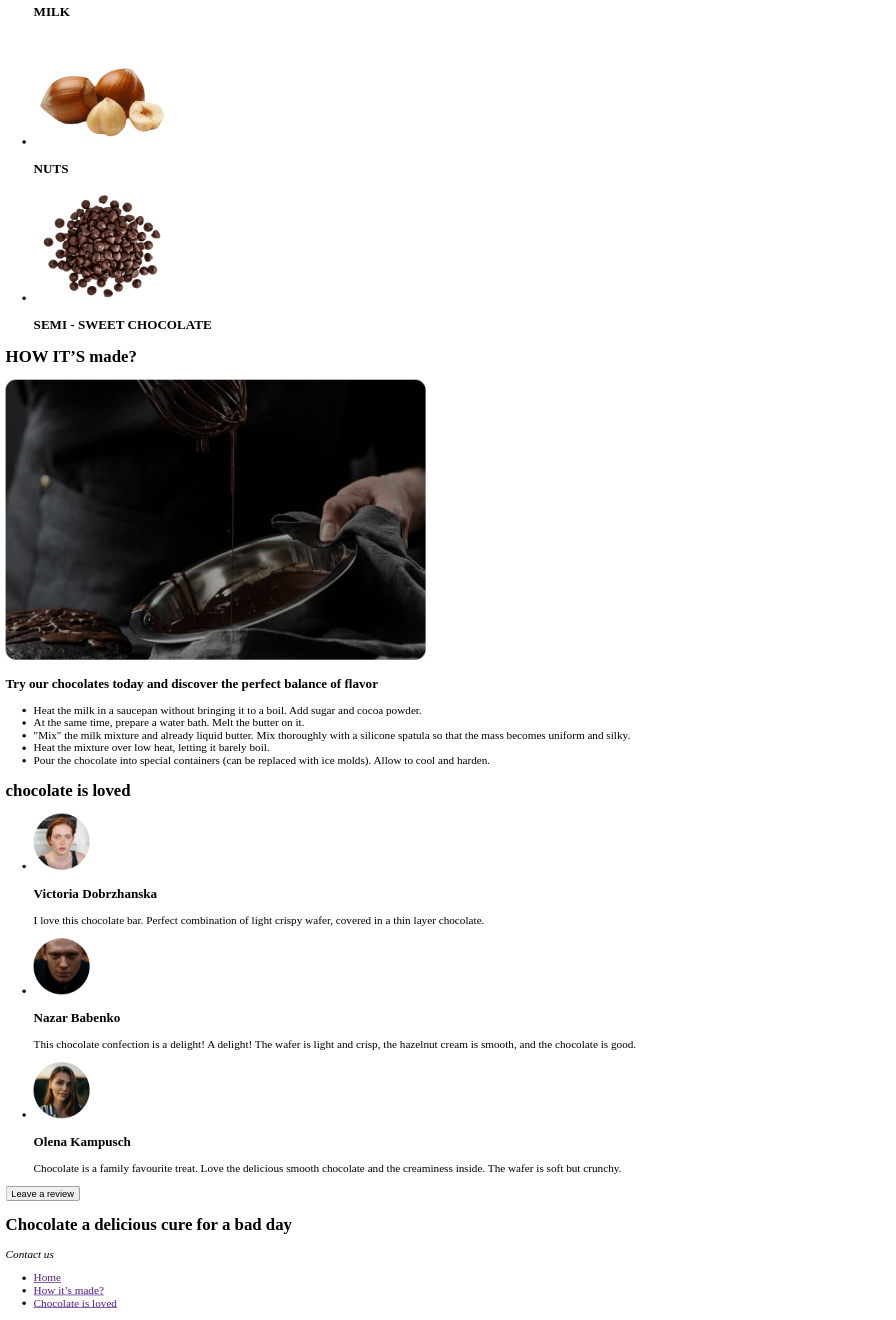
Repository: Sofiia-Khomyk/goit-markup-class-01
Page: index.html
An editor plug-in stored every save of this project. The page is shown before and after the next save, followed by the edit.
The browser window is 1280 px wide. The pictures show the part of the page from y = 1099 to 3019 px (the page is 2985 px tall before and 3019 px after), at 70% of full size.

Above is the page before, as saved 2024-11-11 16:28:16.

### index.html
<!DOCTYPE html>
<html lang="en">
  <head>
    <meta charset="UTF-8" />
    <meta name="viewport" content="width=device-width, initial-scale=1.0" />
    <title>Chocolate</title>
  </head>
  <body>
    <!-- Page Header -->
    <header>
      <nav>
        <a href=""
          >SIMPLY CHOCOLATE
          <img src="./images/chocolate-logo.svg" alt="site logo" />
        </a>
        <ul>
          <li>
            <a href="">Home</a>
          </li>
          <li>
            <a href="">How it’s made?</a>
          </li>
          <li>
            <a href="#reviews">Chocolate is loved</a>
          </li>
        </ul>
      </nav>
      <ul>
        <li>
          <a href="" target="_blank" rel="noopener noreferrer">Instagram</a>
        </li>
        <li>
          <a href="" target="_blank" rel="noopener noreferrer">Twitter</a>
        </li>
      </ul>
    </header>

    <main>
      <!-- Hero Section -->
      <section>
        <h1>
          Treat yourself or a loved one to our finest ingredients for a moment
          of pure delight!
        </h1>
        <button type="button">Buy now</button>
        <a href="">How it’s made</a>
        <a href="#benefits">scroll down</a>
      </section>
      <!-- Our Benefits -->
      <section id="benefits">
        <h2>Our Benefits</h2>
        <ul>
          <li>
            <h3>Unsurpassed taste</h3>
            <p>
              Crafted with the finest quality cocoa beans and a dedication to
              perfection, each bite is a decadent experience that simply cannot
              be matched. Savor the richness and complexity of our Unsurpassed
              Taste and discover a new level of chocolate bliss.
            </p>
          </li>
          <li>
            <h3>Affordable price</h3>
            <p>
              Indulge in high-quality chocolate without breaking the bank with
              Simply Chocolate's selection of affordable treats. Enjoy
              mouth-watering truffles and velvety chocolate bars without
              sacrificing taste or quality. Browse our selection and indulge in
              affordable luxury today.
            </p>
          </li>
          <li>
            <h3>Own production</h3>
            <p>
              We take pride in our own production process, ensuring that every
              step is carefully crafted to perfection. From selecting the finest
              ingredients to handcrafting each piece, our attention to detail is
              evident in every bite.
            </p>
          </li>
        </ul>
      </section>
      <!-- Ingredients Section -->
      <section>
        <h2>IT ALL ADDS UP TO ONE EXCEPTIONAL TASTE SENSATION</h2>
        <p>
          At Simply Chocolate, we believe that the secret to exceptional
          chocolate is in the details. From the sourcing of the finest
          ingredients to the careful crafting of each individual piece, every
          step of our process adds up to one exceptional taste sensation.
        </p>
        <ul>
          <li>
            <img
              src="./images/ingredients/milk-chocolate.png"
              alt="Milk chocolate"
              width="206"
              height="160"
            />
            <h3>MILK CHOCOLATE</h3>
          </li>
          <li>
            <img
              src="./images/ingredients/milk.png"
              alt="Milk"
              width="206"
              height="160"
            />
            <h3>MILK</h3>
          </li>
          <li>
            <img
              src="./images/ingredients/nuts.png"
              alt="Nuts"
              width="206"
              height="160"
            />
            <h3>NUTS</h3>
          </li>
          <li>
            <img
              src="./images/ingredients/coffee.png"
              alt="Semi Sweet Chocolate"
              width="206"
              height="160"
            />
            <h3>SEMI - SWEET CHOCOLATE</h3>
          </li>
        </ul>
      </section>
      <!-- How its made -->
      <section>
        <h2>HOW IT’S made?</h2>
        <img
          src="./images/made-chocolate/made-chocolate.jpg"
          alt="How it’s made"
          width="600"
          height="400"
        />
        <h3>
          Try our chocolates today and discover the perfect balance of flavor
        </h3>
        <ul>
          <li>
            Heat the milk in a saucepan without bringing it to a boil. Add sugar
            and cocoa powder.
          </li>
          <li>
            At the same time, prepare a water bath. Melt the butter on it.
          </li>
          <li>
            "Mix" the milk mixture and already liquid butter. Mix thoroughly
            with a silicone spatula so that the mass becomes uniform and silky.
          </li>
          <li>Heat the mixture over low heat, letting it barely boil.</li>
          <li>
            Pour the chocolate into special containers (can be replaced with ice
            molds). Allow to cool and harden.
          </li>
        </ul>
      </section>
      <!-- Reviews Section -->
      <section id="reviews">
        <h2>chocolate is loved</h2>
        <ul>
          <li>
            <img
              src="./images/reviews/vic-dob.png"
              alt="Victoria Dobrorzanska avatar"
              width="80"
              height="80"
            />
            <h3>Victoria Dobrzhanska</h3>
            <p>
              I love this chocolate bar. Perfect combination of light crispy
              wafer, covered in a thin layer chocolate.
            </p>
          </li>
          <li>
            <img
              src="./images/reviews/naz-bab.png"
              alt="Nazar Babenko avatar"
              width="80"
              height="80"
            />
            <h3>Nazar Babenko</h3>
            <p>
              This chocolate confection is a delight! A delight! The wafer is
              light and crisp, the hazelnut cream is smooth, and the chocolate
              is good.
            </p>
          </li>
          <li>
            <img
              src="./images/reviews/olen-kam.png"
              alt="Olena Kampusch avatar"
              width="80"
              height="80"
            />
            <h3>Olena Kampusch</h3>
            <p>
              Chocolate is a family favourite treat. Love the delicious smooth
              chocolate and the creaminess inside. The wafer is soft but
              crunchy.
            </p>
          </li>
        </ul>
        <button type="button">Leave a review</button>
      </section>
    </main>
    <!-- Page Footer -->
    <footer>
      <h2>Chocolate a delicious cure for a bad day</h2>
      <address>
        <p>Contact us</p>
        <a href=""></a>
        <a href=""></a>
      </address>
      <ul>
        <li><a href="">Home</a></li>
        <li><a href="">How it’s made?</a></li>
        <li><a href="">Chocolate is loved</a></li>
      </ul>
    </footer>
  </body>
</html>

After the next save:
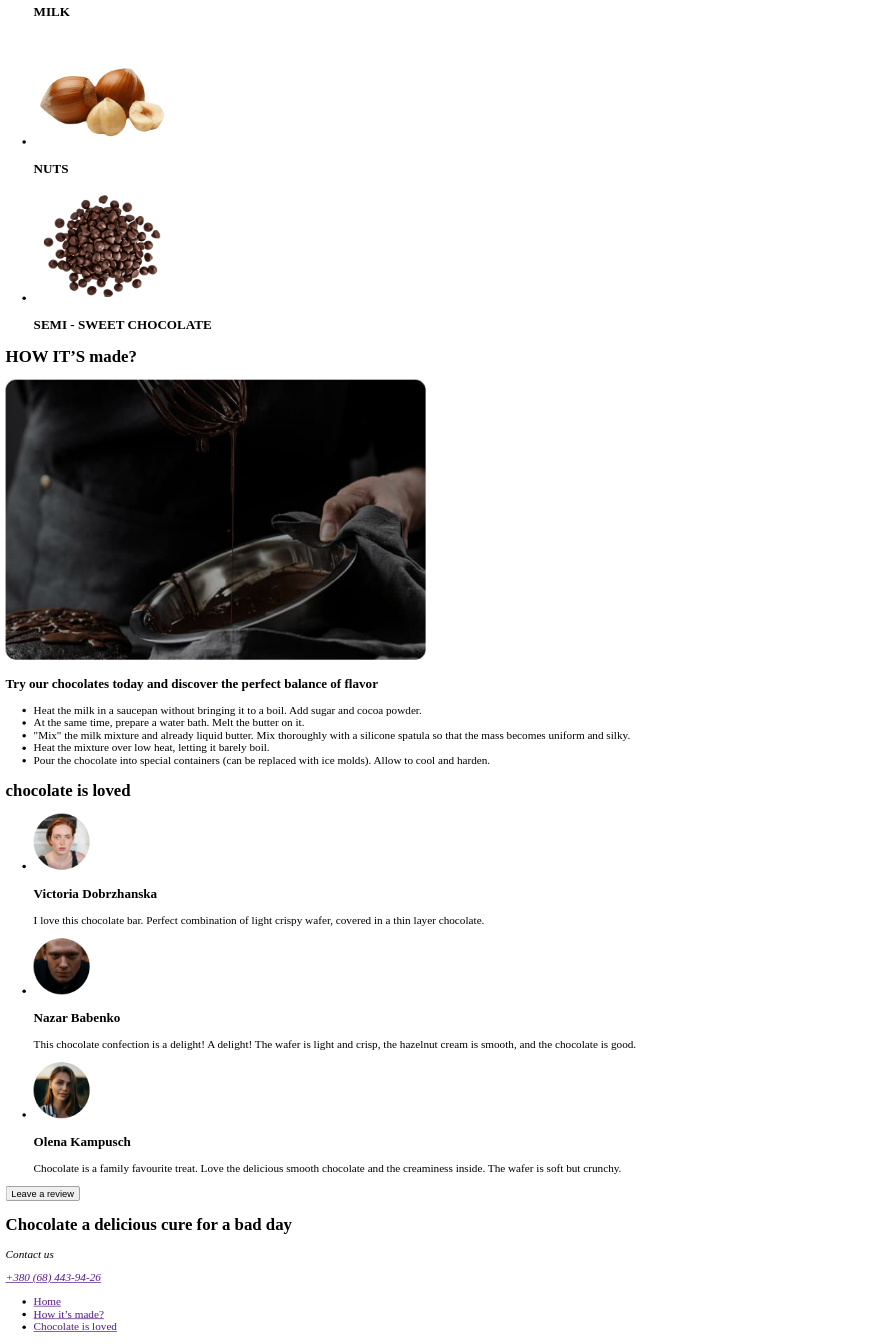
Saved 26 s later.
--- a/index.html
+++ b/index.html
@@ -213,7 +213,7 @@
       <h2>Chocolate a delicious cure for a bad day</h2>
       <address>
         <p>Contact us</p>
-        <a href=""></a>
+        <a href="">+380 (68) 443-94-26</a>
         <a href=""></a>
       </address>
       <ul>
